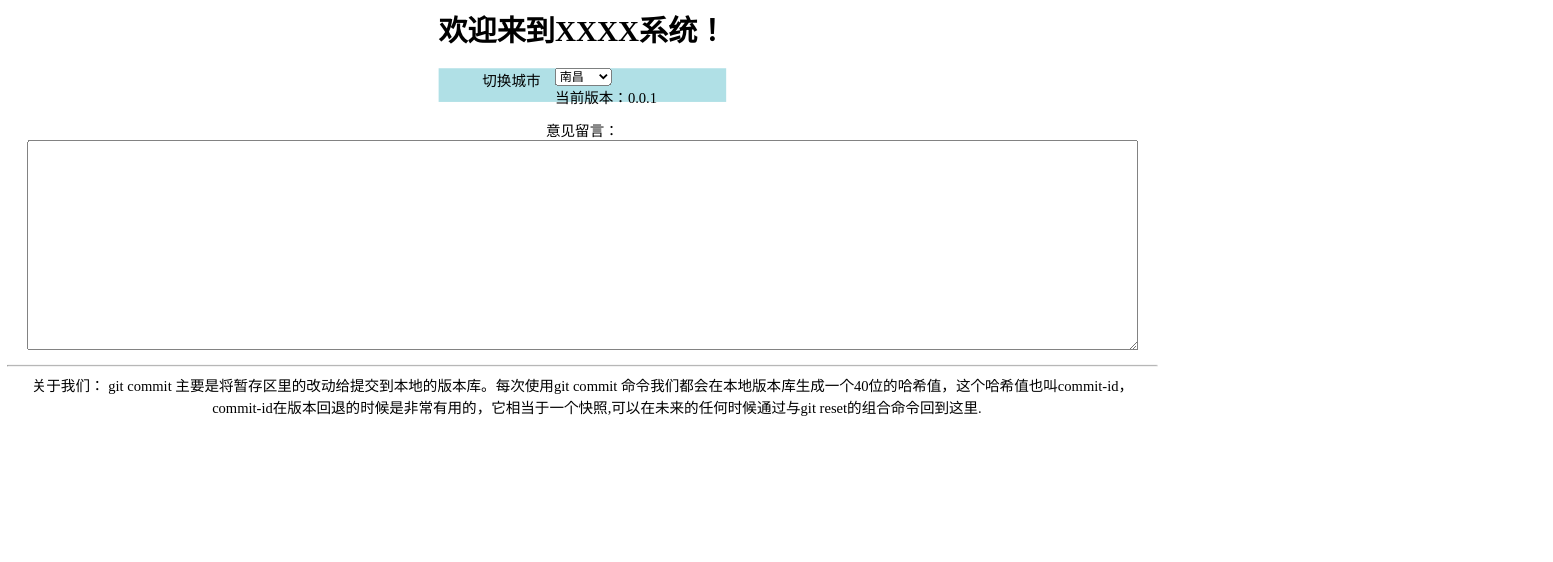
Repository: never-404/Intelligent-recommendation-system
Page: http://localhost/Intelligent-recommendation-system/mine.jsp
An editor plug-in stored every save of this project. The page is shown before and after the next save, followed by the edit.
The browser window is 1280 px wide. The page is 1280 px wide, then 1707 px, so the pictures cover 1707 px, including what lies to the right of the window. The pictures show the whole page, at 91% of full size.
The page is served by Tomcat 9. Nobody is signed in. The application's start-up code is not run. Other server files are loaded and not shown.

Above is the page before, as saved 2019-04-12 10:03:24.

### Intelligent-recommendation-system/WebRoot/mine.jsp
<%@ page language="java" contentType= "text/html;charset=gb2312" %>
<html>

	<head>
		<title>登录页面</title>
	    <meta charset="utf-8">

		<style type="text/css">
		.title
		{
			margin:auto;
			width:25%;
			background-color:#b0e0e6;
		}
		.table
		{
			margin:auto;
			width:25%;
			background-color:#b0e0e6;
		}
		lable { float: left; width: 7em; margin-right:1em; text-align: right; }
		h1	  {text-align: center}

        .a{
            text-align:center;
            vertical-align:middle;
        }
        img{max-width: 100%; height:auto;}

</style>
	</head>

	<body>

	<h1>欢迎来到XXXX系统！</h1>
    <div class="table">
    	<lable>切换城市</lable>
    	<select>
    		<option>南昌</option>
    		<option>北京</option>
    		<option>黑龙江</option>
    	</select>
        <br>
        <lable>当前版本：0.0.1</lable>
        <br>
    </div>
    <br>
    <div class="a">
	<form>
		意见留言：<br>
		<textarea rows="15" cols="150"></textarea><br>
	</form>
	<hr>
	关于我们： git commit 主要是将暂存区里的改动给提交到本地的版本库。每次使用git commit 命令我们都会在本地版本库生成一个40位的哈希值，这个哈希值也叫commit-id，
　　commit-id在版本回退的时候是非常有用的，它相当于一个快照,可以在未来的任何时候通过与git reset的组合命令回到这里.
        <br>

	</div>

	</body>


</html>

After the next save:
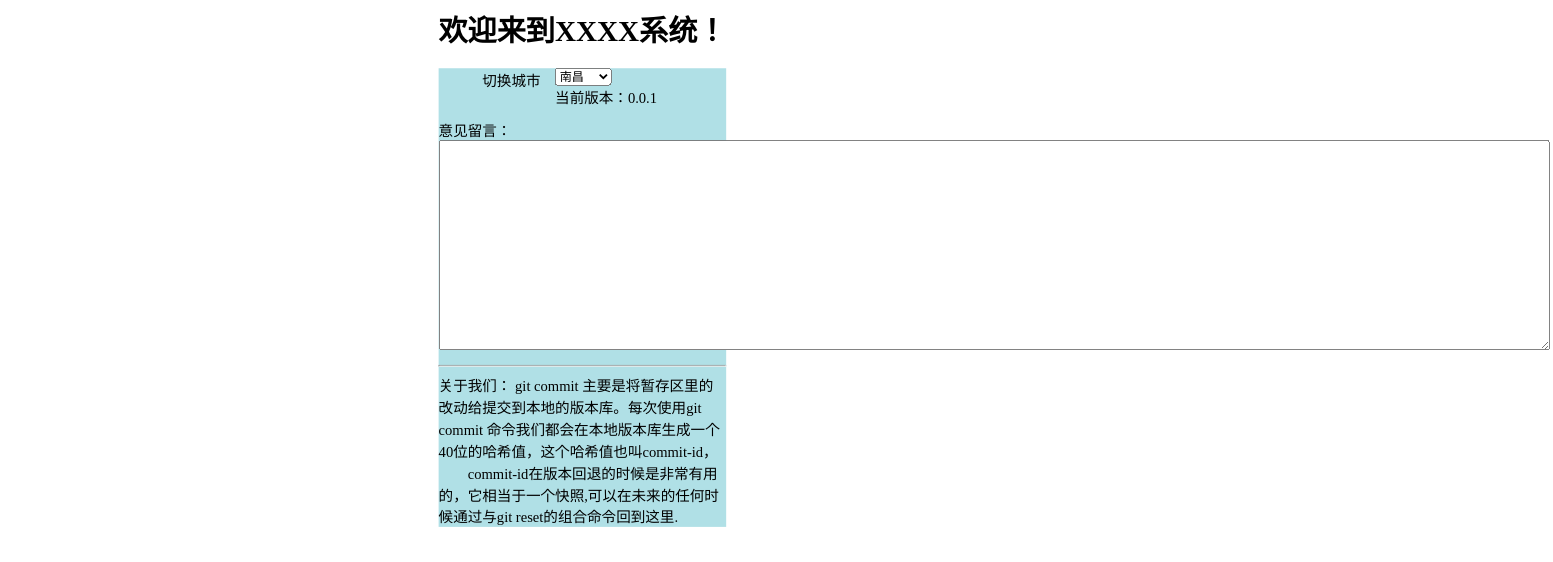
Saved 34 s later.
--- a/Intelligent-recommendation-system/WebRoot/mine.jsp
+++ b/Intelligent-recommendation-system/WebRoot/mine.jsp
@@ -43,9 +43,7 @@
         <br>
         <lable>当前版本：0.0.1</lable>
         <br>
-    </div>
     <br>
-    <div class="a">
 	<form>
 		意见留言：<br>
 		<textarea rows="15" cols="150"></textarea><br>
